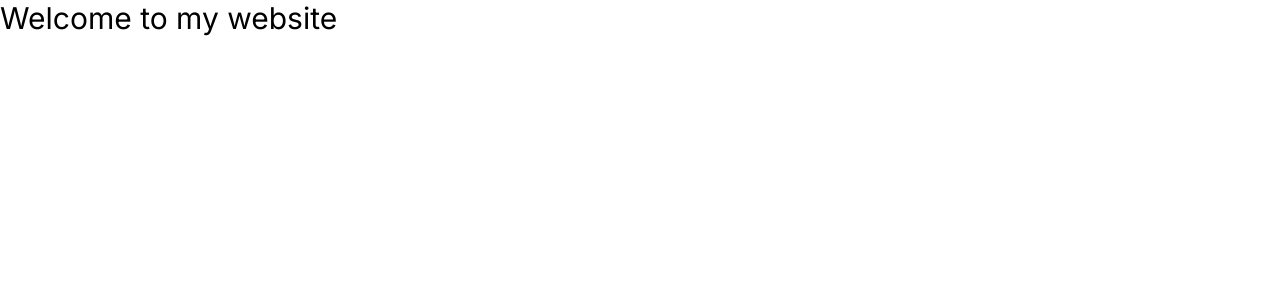
Repository: Strong02coder/medinav_healthcare_webapp
Page: /
These files come from the project's save history. The page is drawn as it stood at one moment and after the next save; the edit follows.
The browser window is 1280 px wide. The pictures show the whole page.
The project was rebuilt for these pictures with package versions that can differ from the ones it lists, and the page was loaded fresh each time. The framework's server and built-in components were replaced by stand-ins that run in the browser. Also part of the build but not shown: next.config.mjs.

Above is the page before, as saved 2024-08-06 22:51:41.

### app/layout.tsx
import type { Metadata } from "next";
import { Inter } from "next/font/google";
import "./globals.css";

const inter = Inter({ subsets: ["latin"] });

export const metadata: Metadata = {
  title: "Madinav",
  description: "A Healthcare Management System",
};

export default function RootLayout({
  children,
}: Readonly<{
  children: React.ReactNode;
}>) {
  return (
    <html lang="en">
      <body className={inter.className}>{children}</body>
    </html>
  );
}

### app/page.tsx
export default function Home() {
  return (
    <div>
      <h1 className="text-3xl ">Welcome to my website</h1>
    </div>
  )
}

Loaded but not shown: app/globals.css (common file); tailwind.config.ts (common file)

After the next save:
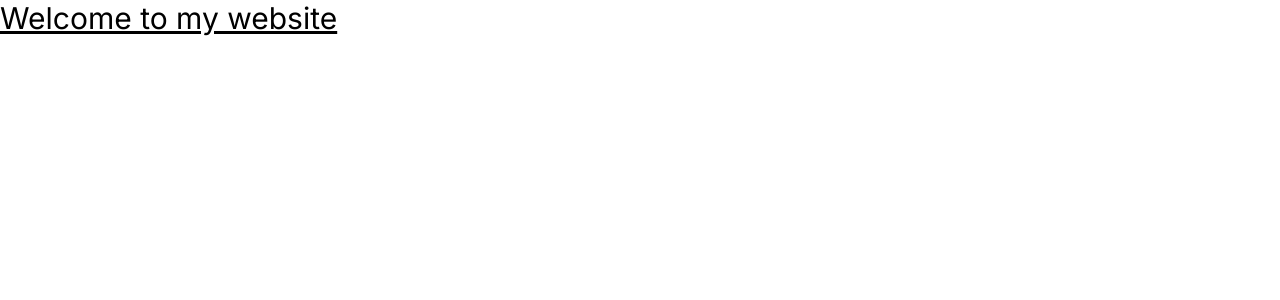
Saved 6 s later.
--- a/app/page.tsx
+++ b/app/page.tsx
@@ -1,7 +1,7 @@
 export default function Home() {
   return (
     <div>
-      <h1 className="text-3xl ">Welcome to my website</h1>
+      <h1 className="text-3xl underline">Welcome to my website</h1>
     </div>
   )
 }
